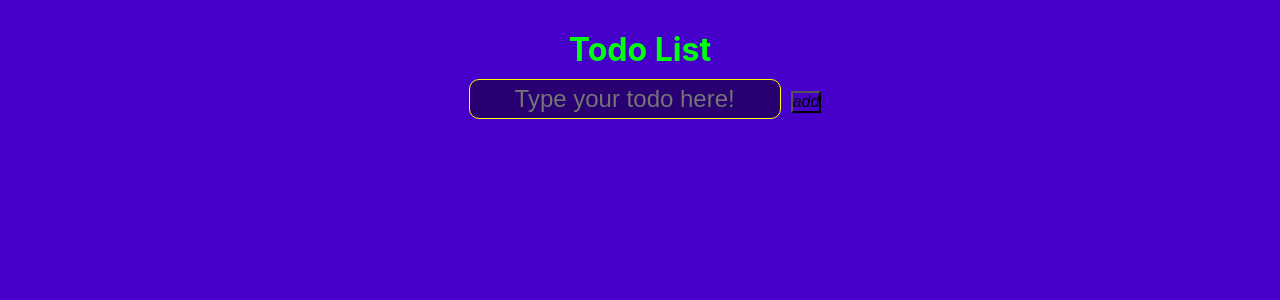
Repository: badhon252/todo-app
Page: /
The author's editor kept a copy of each file at every save. The page is drawn from the files as they stood at one save, then again after the next save.
The browser window is 1280 px wide. The pictures show the whole page.
The project was rebuilt for these pictures with package versions that can differ from the ones it lists, and the page was loaded fresh each time.

Above is the page before, as saved 2022-01-26 12:30:35.

After the next save:
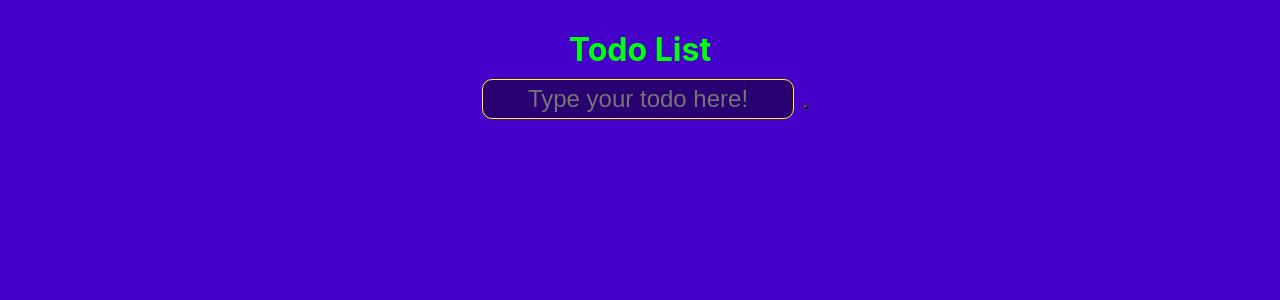
Saved 9 s later.
--- a/src/components/Todo.js
+++ b/src/components/Todo.js
@@ -12,7 +12,7 @@ export default function Todo() {
           placeholder="Type your todo here!"
         />
         <button>
-          <i class="fa-regular fa-circle-plus add-btn">add</i>
+          <i class="fa-regular fa-circle-plus add-btn"></i>
         </button>
       </div>
     </div>
